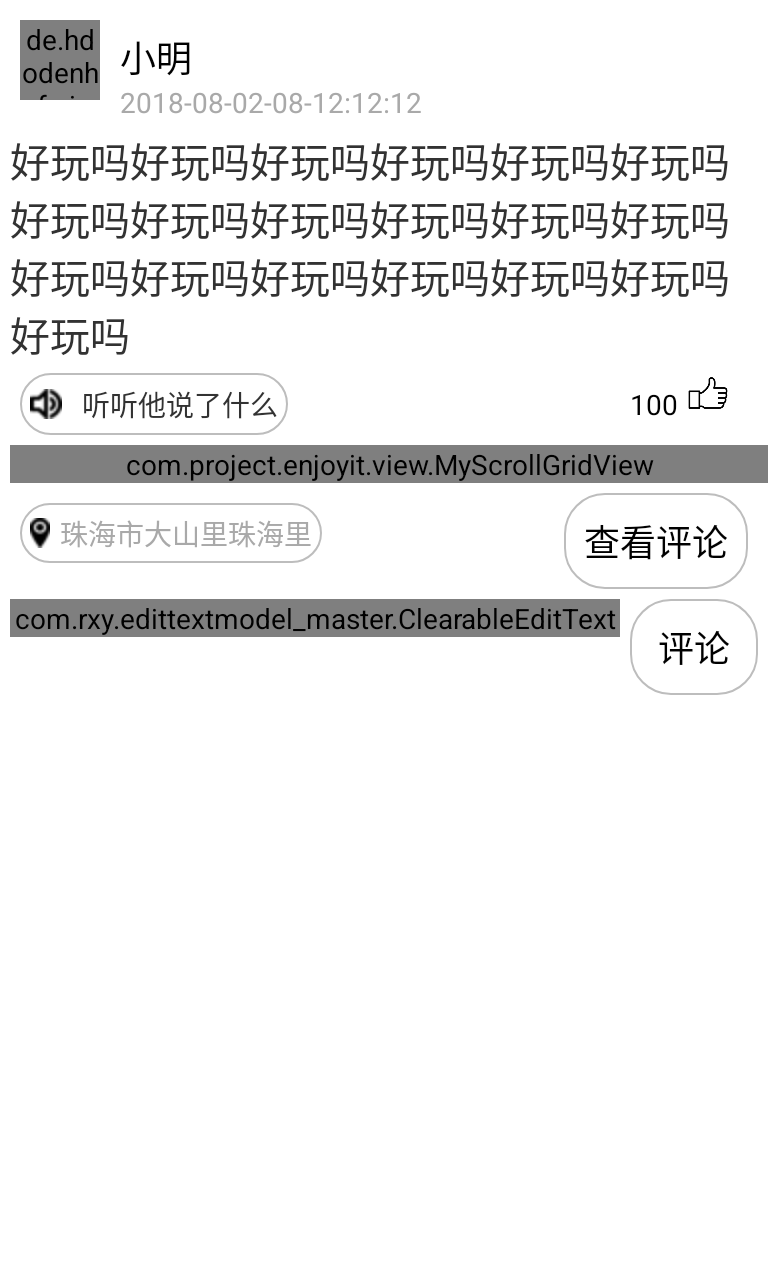
Repository: fatio/Nower
Layout: Android_Client_Source/EnjoyIt/res/layout/shows_list_item.xml
An editor plug-in stored every save of this project. The layout is shown before and after the next save, followed by the edit.
Pictures or frames that could not be fetched are drawn as grey boxes. It is drawn on a 768 x 1280 px phone screen (xhdpi) without system bars, with theme AppTheme; the app's code is not run.

Above is the layout before, as saved 2015-12-27 07:49:16.

### Android_Client_Source/EnjoyIt/res/layout/shows_list_item.xml
<?xml version="1.0" encoding="utf-8"?>
<LinearLayout xmlns:android="http://schemas.android.com/apk/res/android"
    xmlns:tools="http://schemas.android.com/tools"
    xmlns:app="http://schemas.android.com/apk/res-auto"
    android:layout_width="match_parent"
    android:layout_height="match_parent"
    android:orientation="vertical" >

    <LinearLayout
        android:layout_width="match_parent"
        android:layout_height="wrap_content"
        android:orientation="horizontal" >

        <de.hdodenhof.circleimageview.CircleImageView
            android:id="@+id/civ_head_pic"
            android:layout_width="40dp"
            android:layout_height="40dp"
            android:layout_marginLeft="10dp"
            android:layout_marginTop="10dp"
            android:src="@drawable/head_cat"
            app:border_color="#FFEEEEEE"
            app:border_width="2dp" />

        <LinearLayout
            android:layout_width="wrap_content"
            android:layout_height="wrap_content"
            android:layout_marginLeft="10dp"
            android:layout_marginTop="15dp"
            android:orientation="vertical" >

            <TextView
                android:id="@+id/tv_username"
                android:layout_width="wrap_content"
                android:layout_height="wrap_content"
                android:text="小明"
                android:textColor="@drawable/white_show"
                android:textSize="18sp" />

            <TextView
                android:id="@+id/tv_time"
                android:layout_width="wrap_content"
                android:layout_height="wrap_content"
                android:text="2018-08-02-08-12:12:12"
                android:textColor="#a9a9a9" />
        </LinearLayout>
    </LinearLayout>

    <LinearLayout
        android:layout_width="match_parent"
        android:layout_height="wrap_content"
        android:layout_marginLeft="5dp"
        android:layout_marginRight="5dp"
        android:layout_marginTop="5dp"
        android:orientation="vertical" >

        <TextView
            android:id="@+id/tv_content"
            android:layout_width="match_parent"
            android:layout_height="wrap_content"
            android:autoLink="all"
            android:gravity="center|left"
            android:text="好玩吗好玩吗好玩吗好玩吗好玩吗好玩吗好玩吗好玩吗好玩吗好玩吗好玩吗好玩吗好玩吗好玩吗好玩吗好玩吗好玩吗好玩吗好玩吗"
            android:textSize="20sp" />
    </LinearLayout>

    <RelativeLayout
        android:layout_width="match_parent"
        android:layout_height="wrap_content"
        android:layout_marginTop="5dp"
        android:orientation="horizontal" >

        <TextView
            android:id="@+id/tv_sound"
            android:layout_width="wrap_content"
            android:layout_height="wrap_content"
            android:layout_alignParentLeft="true"
            android:layout_marginLeft="10dp"
            android:background="@drawable/imageview_btn_item_selector"
            android:drawableLeft="@drawable/ic_sound_pause"
            android:drawablePadding="10dp"
            android:padding="5dp"
            android:singleLine="true"
            android:text="听听他说了什么" />

        <ImageView
            android:id="@+id/iv_like"
            android:layout_width="20dp"
            android:layout_height="20dp"
            android:layout_alignParentRight="true"
            android:layout_marginLeft="5dp"
            android:layout_marginRight="20dp"
            android:src="@drawable/ic_like" />

        <TextView
            android:id="@+id/tv_likes_num"
            android:layout_width="wrap_content"
            android:layout_height="wrap_content"
            android:layout_centerVertical="true"
            android:layout_toLeftOf="@id/iv_like"
            android:gravity="center"
            android:text="100"
            android:textColor="@drawable/white_show" />
    </RelativeLayout>

    <com.project.enjoyit.view.MyScrollGridView
        android:id="@+id/gv_images"
        android:layout_width="fill_parent"
        android:layout_height="wrap_content"
        android:layout_marginLeft="5dp"
        android:layout_marginTop="5dp"
        android:horizontalSpacing="3dp"
        android:numColumns="4"
        android:scrollbars="none"
        android:verticalSpacing="5dp" />

    <RelativeLayout
        android:layout_width="match_parent"
        android:layout_height="wrap_content"
        android:layout_marginTop="5dp" >

        <TextView
            android:id="@+id/tv_address"
            android:layout_width="wrap_content"
            android:layout_height="wrap_content"
            android:layout_alignParentLeft="true"
            android:layout_gravity="center_vertical"
            android:layout_marginLeft="10dp"
            android:layout_marginTop="5dp"
            android:background="@drawable/imageview_btn_item_selector"
            android:drawableLeft="@drawable/ic_address"
            android:drawablePadding="5dp"
            android:ellipsize="marquee"
            android:padding="5dp"
            android:singleLine="true"
            android:text="珠海市大山里珠海里"
            android:textColor="#a9a9a9"
            android:textIsSelectable="true" />

        <Button
            android:id="@+id/bt_show_comments"
            android:layout_width="wrap_content"
            android:layout_height="wrap_content"
            android:layout_alignParentRight="true"
            android:layout_marginRight="10dp"
            android:background="@drawable/imageview_btn_item_selector"
            android:text="查看评论"
             android:paddingLeft="10dp"
            android:paddingRight="10dp"
            android:textColor="@drawable/white_show" />
    </RelativeLayout>

    <LinearLayout
        android:id="@+id/ll_comments_container"
        android:layout_width="match_parent"
        android:layout_height="wrap_content"
        android:orientation="vertical"
        android:visibility="gone" >

        <com.project.enjoyit.view.MyScrollListView
            android:id="@+id/lv_comments"
            android:layout_width="match_parent"
            android:layout_height="wrap_content"
            android:visibility="gone" />

        <Button
            android:id="@+id/bt_hide_comments"
            android:layout_width="wrap_content"
            android:layout_height="wrap_content"
            android:layout_gravity="right"
            android:layout_marginRight="10dp"
            android:background="@drawable/imageview_btn_item_selector"
             android:paddingLeft="10dp"
            android:paddingRight="10dp"
            android:text="隐藏评论"
            android:textColor="@drawable/white_show" />
    </LinearLayout>

    <LinearLayout
        android:layout_width="match_parent"
        android:layout_height="wrap_content"
        android:layout_marginLeft="5dp"
        android:layout_marginRight="5dp"
        android:layout_marginTop="5dp"
        android:orientation="horizontal" >

        <com.rxy.edittextmodel_master.ClearableEditText
            android:id="@+id/cet_comment_text"
            android:layout_width="0dp"
            android:layout_height="wrap_content"
            android:layout_weight="1"
            android:hint="我也说一句" />

        <Button
            android:id="@+id/bt_comment"
            android:layout_width="wrap_content"
            android:layout_height="wrap_content"
            android:layout_marginLeft="5dp"
            android:paddingLeft="10dp"
            android:paddingRight="10dp"
            android:background="@drawable/imageview_btn_item_selector"
            android:text="评论"
            android:textColor="@drawable/white_show" />
    </LinearLayout>

</LinearLayout>

### Android_Client_Source/EnjoyIt/res/values/styles.xml
<resources>
    <style name="like_toast_dialog_style">
        <item name="android:windowFrame">@null</item>
        <item name="android:windowIsFloating">true</item>
        <item name="android:windowIsTranslucent">true</item>
        <item name="android:windowNoTitle">true</item>
        <item name="android:backgroundDimEnabled">false</item>
        <item name="android:windowContentOverlay">@null</item>
        <item name="android:windowBackground">@drawable/round_background</item>
    </style>
    <style name="AnimBottom" parent="@android:style/Animation">
        <item name="android:windowEnterAnimation">@anim/push_bottom_in</item>
        <item name="android:windowExitAnimation">@anim/push_bottom_out</item>
    </style>

    <style name="PopupAnimation3" parent="android:Animation">
        <item name="android:windowEnterAnimation">@anim/push_bottom_in</item>
        <item name="android:windowExitAnimation">@anim/push_bottom_out</item>
    </style>

    <style name="PopupAnimation" mce_bogus="1" parent="android:Animation">
        <item name="android:windowEnterAnimation">@anim/activity_translate_in</item>
        <item name="android:windowExitAnimation">@anim/activity_translate_out</item>
    </style>

    <style name="PopupAnimation1" mce_bogus="1" parent="android:Animation">
        <item name="android:windowEnterAnimation">@anim/popup_enter</item>
        <item name="android:windowExitAnimation">@anim/popup_exit</item>
    </style>
    <!--
        Base application theme, dependent on API level. This theme is replaced
        by AppBaseTheme from res/values-vXX/styles.xml on newer devices.

    -->
    <style name="AppBaseTheme" parent="android:Theme.Light">
        <!--
            Theme customizations available in newer API levels can go in
            res/values-vXX/styles.xml, while customizations related to
            backward-compatibility can go here.

        -->
    </style>

    <!-- Application theme. -->
    <style name="AppTheme" parent="AppBaseTheme">
        <!-- All customizations that are NOT specific to a particular API-level can go here. -->
    </style>

</resources>

### Android_Client_Source/EnjoyIt/res/drawable/white_show.xml
<?xml version="1.0" encoding="utf-8"?>
<selector xmlns:android="http://schemas.android.com/apk/res/android">

    <item android:state_pressed="true" android:color="#ffffff"/>
    <item android:state_focused="true" android:color="#ffffff"/>
    <item android:color="#000000"/>

</selector>

### Android_Client_Source/EnjoyIt/res/drawable/imageview_btn_item_selector.xml
<?xml version="1.0" encoding="utf-8"?>
<selector xmlns:android="http://schemas.android.com/apk/res/android">

    <item android:drawable="@color/black2" android:state_pressed="true"><shape xmlns:android="http://schemas.android.com/apk/res/android">
            <solid android:color="#80858175" />

            <stroke android:width="2dip" android:color="#f5f5f5" />

            <corners android:radius="20dp" />
        </shape></item>
    <item android:state_pressed="false"><shape android:shape="rectangle">
            <solid android:color="#80858175" />

            <gradient android:angle="90" android:endColor="@color/white" android:startColor="@color/white" />

            <stroke android:width="1dip" android:color="#bdbdbd" />

            <corners android:radius="20dp" />
        </shape></item>

</selector><!--
solid设置填充颜色，颜色值以#80开头表示透明
stroke 设置边框宽度，颜色值
corners设置圆角
-->

### Android_Client_Source/EnjoyIt/res/values/colors.xml
<?xml version="1.0" encoding="utf-8" ?>
 <resources>
         <color name="bg_black">#000000</color>
    <color name="bg_white">#FFFFFF</color>
    <color name="bg_topbar">#FCFCFC</color>
    <color name="bg_gray">#00F1F1F1</color>
    <color name="bar_color">#232325</color>

    <color name="black2">#ffeeeeee</color>
    <color name="text_gray">#8D7A71</color>
    <color name="text_white">#FFFFFF</color>
    <color name="text_yellow">#FFC800</color>
    <color name="text_topbar">#694E42</color>
    <color name="div_white">#E5E5E5</color>
    <color name="puple">#d500f9</color>



 <color name="white">#ffffff</color><!--白色 -->
 <color name="ivory">#fffff0</color><!--象牙色 -->
 <color name="lightyellow">#ffffe0</color><!--亮黄色 -->
 <color name="yellow">#ffff00</color><!--黄色 -->
 <color name="snow">#fffafa</color><!--雪白色 -->
 <color name="floralwhite">#fffaf0</color><!--花白色 -->
 <color name="lemonchiffon">#fffacd</color><!--柠檬绸色 -->
 <color name="cornsilk">#fff8dc</color><!--米绸色 -->
 <color name="seaShell">#fff5ee</color><!--海贝色 -->
 <color name="lavenderblush">#fff0f5</color><!--淡紫红 -->
 <color name="papayawhip">#ffefd5</color><!--番木色 -->
 <color name="blanchedalmond">#ffebcd</color><!--白杏色 -->
 <color name="mistyrose">#ffe4e1</color><!--浅玫瑰色 -->
 <color name="bisque">#ffe4c4</color><!--桔黄色 -->
 <color name="moccasin">#ffe4b5</color><!--鹿皮色 -->
 <color name="navajowhite">#ffdead</color><!--纳瓦白 -->
 <color name="peachpuff">#ffdab9</color><!--桃色 -->
 <color name="gold">#ffd700</color><!--金色 -->
 <color name="pink">#ffc0cb</color><!--粉红色 -->
 <color name="lightpink">#ffb6c1</color><!--亮粉红色 -->
 <color name="orange">#ffa500</color><!--橙色 -->
 <color name="lightsalmon">#ffa07a</color><!--亮肉色 -->
 <color name="darkorange">#ff8c00</color><!--暗桔黄色 -->
 <color name="coral">#ff7f50</color><!--珊瑚色 -->
 <color name="hotpink">#ff69b4</color><!--热粉红色 -->
 <color name="tomato">#ff6347</color><!--西红柿色 -->
 <color name="orangered">#ff4500</color><!--红橙色 -->
 <color name="deeppink">#ff1493</color><!--深粉红色 -->
 <color name="fuchsia">#ff00ff</color><!--紫红色 -->
 <color name="magenta">#ff00ff</color><!--红紫色 -->
 <color name="red">#ff0000</color><!--红色 -->
 <color name="oldlace">#fdf5e6</color><!--老花色 -->
 <color name="lightgoldenrodyellow">#fafad2</color><!--亮金黄色 -->
 <color name="linen">#faf0e6</color><!--亚麻色 -->
 <color name="antiquewhite">#faebd7</color><!--古董白 -->
 <color name="salmon">#fa8072</color><!--鲜肉色 -->
 <color name="ghostwhite">#f8f8ff</color><!--幽灵白 -->
 <color name="mintcream">#f5fffa</color><!--薄荷色 -->
 <color name="whitesmoke">#f5f5f5</color><!--烟白色 -->
 <color name="beige">#f5f5dc</color><!--米色 -->
 <color name="wheat">#f5deb3</color><!--浅黄色 -->
 <color name="sandybrown">#f4a460</color><!--沙褐色 -->
 <color name="azure">#f0ffff</color><!--天蓝色 -->
 <color name="honeydew">#f0fff0</color><!--蜜色 -->
 <color name="aliceblue">#f0f8ff</color><!--艾利斯兰 -->
 <color name="khaki">#f0e68c</color><!--黄褐色 -->
 <color name="lightcoral">#f08080</color><!--亮珊瑚色 -->
 <color name="palegoldenrod">#eee8aa</color><!--苍麒麟色 -->
 <color name="violet">#ee82ee</color><!--紫罗兰色 -->
 <color name="darksalmon">#e9967a</color><!--暗肉色 -->
 <color name="lavender">#e6e6fa</color><!--淡紫色 -->
 <color name="lightcyan">#e0ffff</color><!--亮青色 -->
 <color name="burlywood">#deb887</color><!--实木色 -->
 <color name="plum">#dda0dd</color><!--洋李色 -->
 <color name="gainsboro">#dcdcdc</color><!--淡灰色 -->
 <color name="crimson">#dc143c</color><!--暗深红色 -->
 <color name="palevioletred">#db7093</color><!--苍紫罗兰色 -->
 <color name="goldenrod">#daa520</color><!--金麒麟色 -->
 <color name="orchid">#da70d6</color><!--淡紫色 -->
 <color name="thistle">#d8bfd8</color><!--蓟色 -->
 <color name="lightgray">#d3d3d3</color><!--亮灰色 -->
 <color name="lightgrey">#d3d3d3</color><!--亮灰色 -->
 <color name="tan">#d2b48c</color><!--茶色 -->
 <color name="chocolate">#d2691e</color><!--巧可力色 -->
 <color name="peru">#cd853f</color><!--秘鲁色 -->
 <color name="indianred">#cd5c5c</color><!--印第安红 -->
 <color name="mediumvioletred">#c71585</color><!--中紫罗兰色 -->
 <color name="silver">#c0c0c0</color><!--银色 -->
 <color name="darkkhaki">#bdb76b</color><!--暗黄褐色 -->
 <color name="rosybrown">#bc8f8f</color><!--褐玫瑰红 -->
 <color name="mediumorchid">#ba55d3</color><!--中粉紫色 -->
 <color name="darkgoldenrod">#b8860b</color><!--暗金黄色 -->
 <color name="firebrick">#b22222</color><!--火砖色 -->
 <color name="powderblue">#b0e0e6</color><!--粉蓝色 -->
 <color name="lightsteelblue">#b0c4de</color><!--亮钢兰色 -->
 <color name="paleturquoise">#afeeee</color><!--苍宝石绿 -->
 <color name="greenyellow">#adff2f</color><!--黄绿色 -->
 <color name="lightblue">#add8e6</color><!--亮蓝色 -->
 <color name="darkgray">#a9a9a9</color><!--暗灰色 -->
 <color name="darkgrey">#a9a9a9</color><!--暗灰色 -->
 <color name="brown">#a52a2a</color><!--褐色 -->
 <color name="sienna">#a0522d</color><!--赭色 -->
 <color name="darkorchid">#9932cc</color><!--暗紫色 -->
 <color name="palegreen">#98fb98</color><!--苍绿色 -->
 <color name="darkviolet">#9400d3</color><!--暗紫罗兰色 -->
 <color name="mediumpurple">#9370db</color><!--中紫色 -->
 <color name="lightgreen">#90ee90</color><!--亮绿色 -->
 <color name="darkseagreen">#8fbc8f</color><!--暗海兰色 -->
 <color name="saddlebrown">#8b4513</color><!--重褐色 -->
 <color name="darkmagenta">#8b008b</color><!--暗洋红 -->
 <color name="darkred">#8b0000</color><!--暗红色 -->
 <color name="blueviolet">#8a2be2</color><!--紫罗兰蓝色 -->
 <color name="lightskyblue">#87cefa</color><!--亮天蓝色 -->
 <color name="skyblue">#87ceeb</color><!--天蓝色 -->
 <color name="gray">#808080</color><!--灰色 -->
 <color name="grey">#808080</color><!--灰色 -->
 <color name="olive">#808000</color><!--橄榄色 -->
 <color name="purple">#800080</color><!--紫色 -->
 <color name="maroon">#800000</color><!--粟色 -->
 <color name="aquamarine">#7fffd4</color><!--碧绿色 -->
 <color name="chartreuse">#7fff00</color><!--黄绿色 -->
 <color name="lawngreen">#7cfc00</color><!--草绿色 -->
 <color name="mediumslateblue">#7b68ee</color><!--中暗蓝色 -->
 <color name="lightslategray">#778899</color><!--亮蓝灰 -->
 <color name="lightslategrey">#778899</color><!--亮蓝灰 -->
 <color name="slategray">#708090</color><!--灰石色 -->
 <color name="slategrey">#708090</color><!--灰石色 -->
 <color name="olivedrab">#6b8e23</color><!--深绿褐色 -->
 <color name="slateblue">#6a5acd</color><!--石蓝色 -->
 <color name="dimgray">#696969</color><!--暗灰色 -->
 <color name="dimgrey">#696969</color><!--暗灰色 -->
 <color name="mediumaquamarine">#66cdaa</color><!--中绿色 -->
 <color name="cornflowerblue">#6495ed</color><!--菊兰色 -->
 <color name="cadetblue">#5f9ea0</color><!--军兰色 -->
 <color name="darkolivegreen">#556b2f</color><!--暗橄榄绿 -->
 <color name="indigo">#4b0082</color><!--靛青色 -->
 <color name="mediumturquoise">#48d1cc</color><!--中绿宝石 -->
 <color name="darkslateblue">#483d8b</color><!--暗灰蓝色 -->
 <color name="steelblue">#4682b4</color><!--钢兰色 -->
 <color name="royalblue">#4169e1</color><!--皇家蓝 -->
 <color name="turquoise">#40e0d0</color><!--青绿色 -->
 <color name="mediumseagreen">#3cb371</color><!--中海蓝 -->
 <color name="limegreen">#32cd32</color><!--橙绿色 -->
 <color name="darkslategray">#2f4f4f</color><!--暗瓦灰色 -->
 <color name="darkslategrey">#2f4f4f</color><!--暗瓦灰色 -->
 <color name="seagreen">#2e8b57</color><!--海绿色 -->
 <color name="forestgreen">#228b22</color><!--森林绿 -->
 <color name="lightseagreen">#20b2aa</color><!--亮海蓝色 -->
 <color name="dodgerblue">#1e90ff</color><!--闪兰色 -->
 <color name="midnightblue">#191970</color><!--中灰兰色 -->
 <color name="aqua">#00ffff</color><!--浅绿色 -->
 <color name="cyan">#00ffff</color><!--青色 -->
 <color name="springgreen">#00ff7f</color><!--春绿色 -->
 <color name="lime">#00ff00</color><!--酸橙色 -->
 <color name="mediumspringgreen">#00fa9a</color><!--中春绿色 -->
 <color name="darkturquoise">#00ced1</color><!--暗宝石绿 -->
 <color name="deepskyblue">#00bfff</color><!--深天蓝色 -->
 <color name="darkcyan">#008b8b</color><!--暗青色 -->
 <color name="teal">#008080</color><!--水鸭色 -->
 <color name="green">#008000</color><!--绿色 -->
 <color name="darkgreen">#006400</color><!--暗绿色 -->
 <color name="blue">#0000ff</color><!--蓝色 -->
 <color name="mediumblue">#0000cd</color><!--中兰色 -->
 <color name="darkblue">#00008b</color><!--暗蓝色 -->
 <color name="navy">#000080</color><!--海军色 -->
 <color name="black">#000000</color><!--黑色 -->
 <color name="transparent">#0000</color><!-- 透明 -->
 <color name="transparent2">#8000</color><!-- 透明 -->
 <!-- 上传图片添加的颜色 -->
 <color name="none_color">#00000000</color>
 <color name="plugin_camera_black">#000000</color>
 <color name="albumback">#E1E0DE</color>


 <color name="style_red">#ff4c41</color>
 <color name="style_divider_color">#C9C7CD</color>
 </resources>

Loaded but not shown: Android_Client_Source/EnjoyIt/res/values-v11/styles.xml (common file); Android_Client_Source/EnjoyIt/res/values-v14/styles.xml (common file)

After the next save:
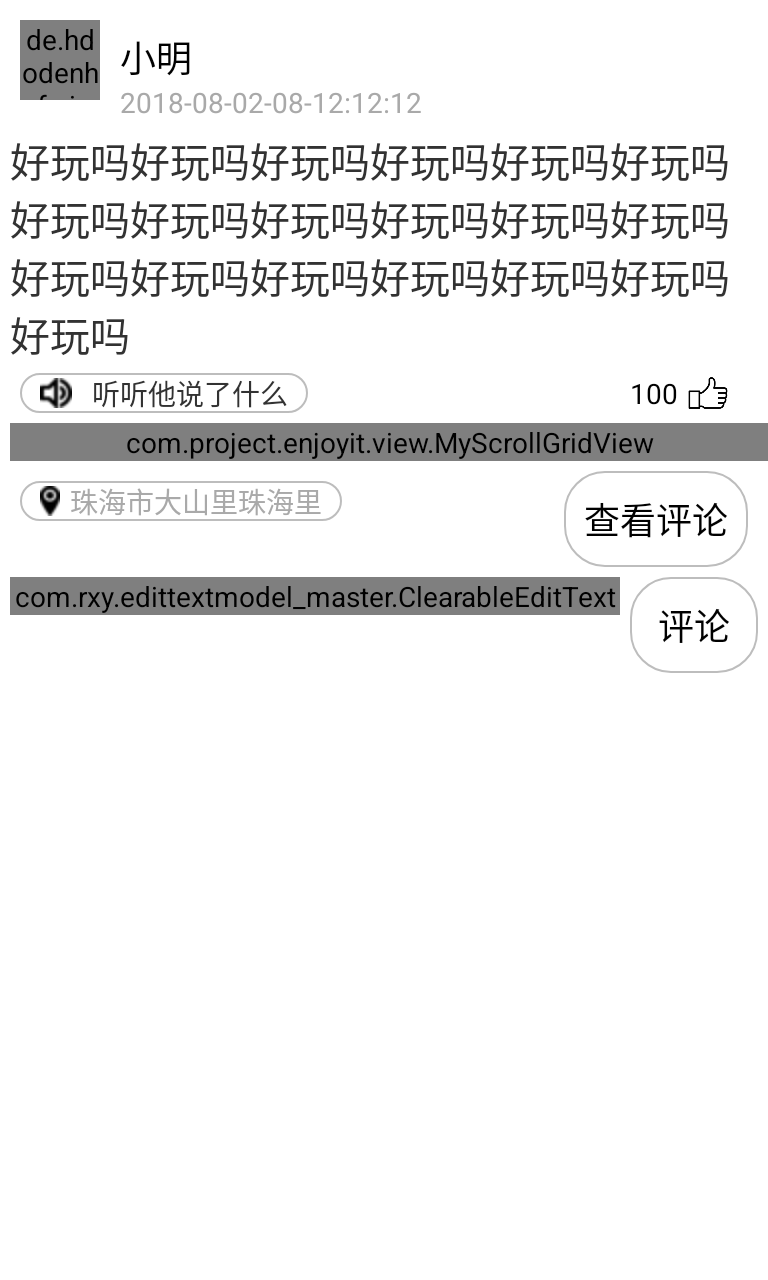
Saved 2 min 31 s later.
--- a/Android_Client_Source/EnjoyIt/res/layout/shows_list_item.xml
+++ b/Android_Client_Source/EnjoyIt/res/layout/shows_list_item.xml
@@ -78,7 +78,12 @@
             android:background="@drawable/imageview_btn_item_selector"
             android:drawableLeft="@drawable/ic_sound_pause"
             android:drawablePadding="10dp"
-            android:padding="5dp"
+             android:paddingLeft="10dp"
+            android:paddingRight="10dp"
+            android:clickable="true"
+            android:focusable="true"
+            android:textIsSelectable="true"
+            android:ellipsize="marquee"
             android:singleLine="true"
             android:text="听听他说了什么" />
 
@@ -130,9 +135,12 @@
             android:drawableLeft="@drawable/ic_address"
             android:drawablePadding="5dp"
             android:ellipsize="marquee"
-            android:padding="5dp"
             android:singleLine="true"
             android:text="珠海市大山里珠海里"
+             android:paddingLeft="10dp"
+            android:paddingRight="10dp"
+            android:clickable="true"
+            android:focusable="true"
             android:textColor="#a9a9a9"
             android:textIsSelectable="true" />
 
